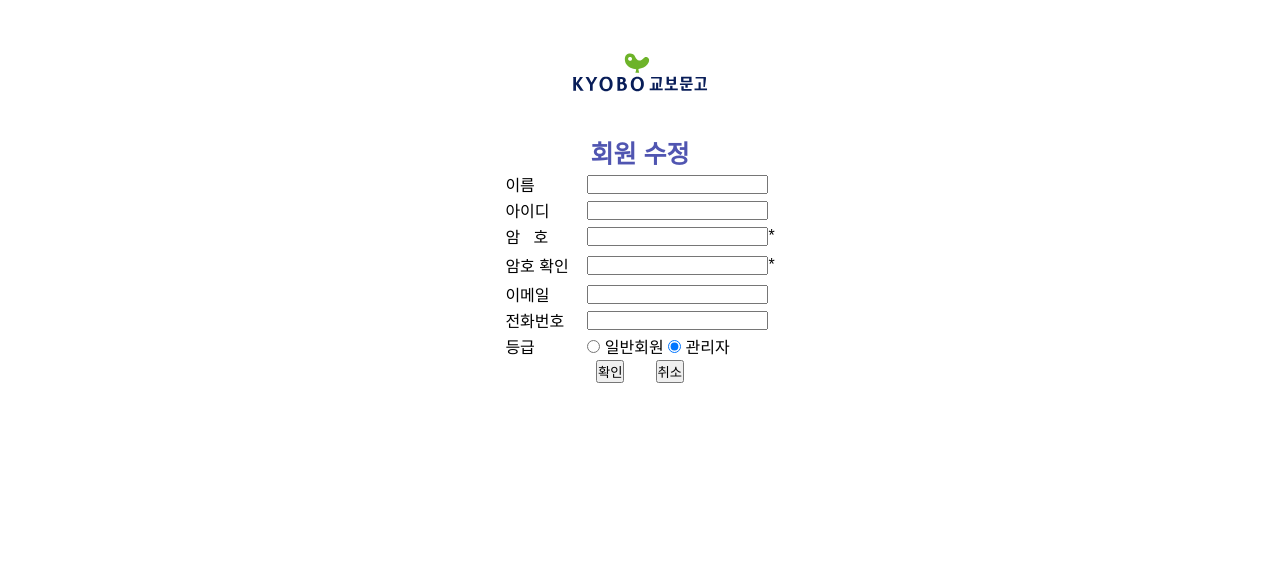
Repository: Yundanbi/Kyobo
Page: http://localhost/kyobo/memberUpdate.do
The author's editor kept a copy of each file at every save. The page is drawn from the files as they stood at one save, then again after the next save.
The browser window is 1280 px wide. The pictures show the whole page.
The page is served by Tomcat 9. Queries for data that is not in the repository find no rows.

Above is the page before, as saved 2025-06-16 06:14:35.

After the next save:
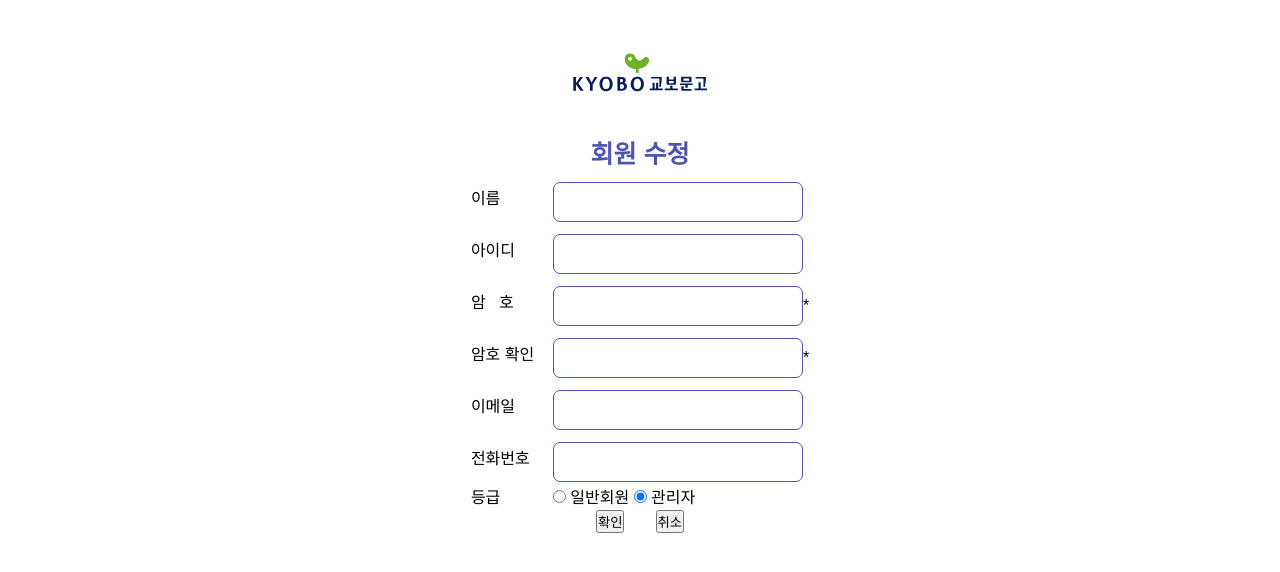
Saved 60 s later.
--- a/kyobo/src/main/webapp/member/memberUpdate.jsp
+++ b/kyobo/src/main/webapp/member/memberUpdate.jsp
@@ -85,29 +85,29 @@
       <table>
         <tr>
           <td class="tdbox">이름</td>
-          <td><input type="text" name="username" size="20" value="${mVo.username}" readonly></td>
+          <td><input class="inputbox" type="text" name="username" size="20" value="${mVo.username}" readonly></td>
         </tr>
         <tr>
           <td class="tdbox">아이디</td>
-          <td><input type="text" name="userid" size="20"
+          <td><input class="inputbox" type="text" name="userid" size="20"
                      value="${mVo.userid}" readonly></td>
         </tr>
         <tr>
           <td class="tdbox">암 &nbsp; 호</td>
-          <td><input type="password" name="pwd" size="20">*</td>
+          <td><input class="inputbox" type="password" name="pwd" size="20">*</td>
         </tr>
         <tr height="30">
           <td class="tdbox" width="80">암호 확인</td>
-          <td class="tdbox"><input type="password" name="pwd_check" size="20">*</td>
+          <td><input class="inputbox" type="password" name="pwd_check" size="20">*</td>
         </tr>
         <tr>
           <td class="tdbox">이메일</td>
-          <td><input type="text" name="email" size="20"
+          <td><input class="inputbox" type="text" name="email" size="20"
                      value="${mVo.email}"></td>
         </tr>
         <tr>
           <td class="tdbox">전화번호</td>
-          <td><input type="text" name="phone" size="20"
+          <td><input class="inputbox" type="text" name="phone" size="20"
                      value="${mVo.phone}"></td>
         </tr>
         <tr>
